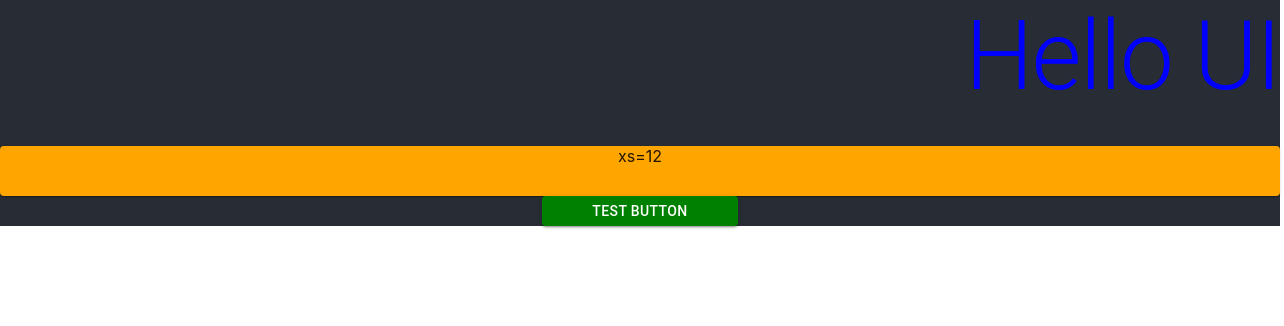
Repository: ShunsukeTanizaki/COVID19-Live
Page: /
The author's editor kept a copy of each file at every save. The page is drawn from the files as they stood at one save, then again after the next save.
The browser window is 1280 px wide. The page is 1284 px wide, so the pictures cover 1284 px, including what lies to the right of the window. The pictures show the whole page.
The project was rebuilt for these pictures with package versions that can differ from the ones it lists, and the page was loaded fresh each time.

Above is the page before, as saved 2020-11-07 23:35:25.

After the next save:
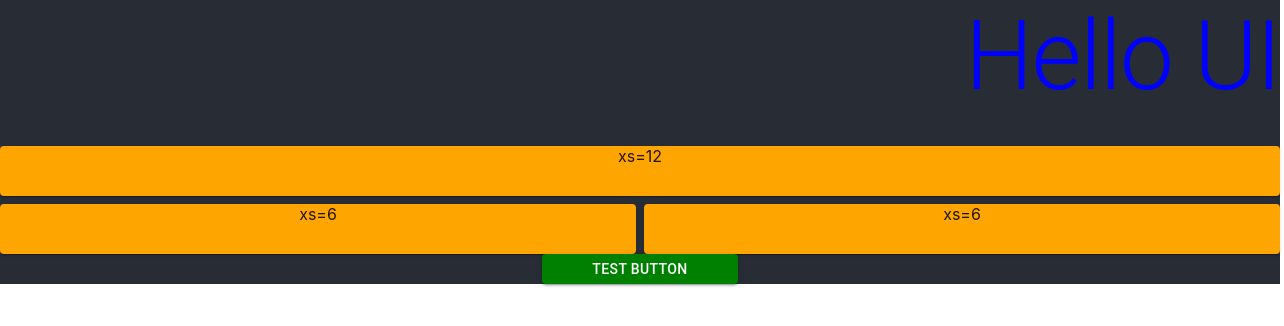
Saved 34 s later.
--- a/src/components/MaterialUI .tsx
+++ b/src/components/MaterialUI .tsx
@@ -33,6 +33,12 @@ const MaterialUI: React.FC = () => {
                 <Grid item xs={12}>
                     <Paper className={classes.paperStyle}>xs=12</Paper>
                 </Grid>
+                <Grid item xs={6}>
+                    <Paper className={classes.paperStyle}>xs=6</Paper>
+                </Grid>
+                <Grid item xs={6}>
+                    <Paper className={classes.paperStyle}>xs=6</Paper>
+                </Grid>
             </Grid>
 
             <Button
